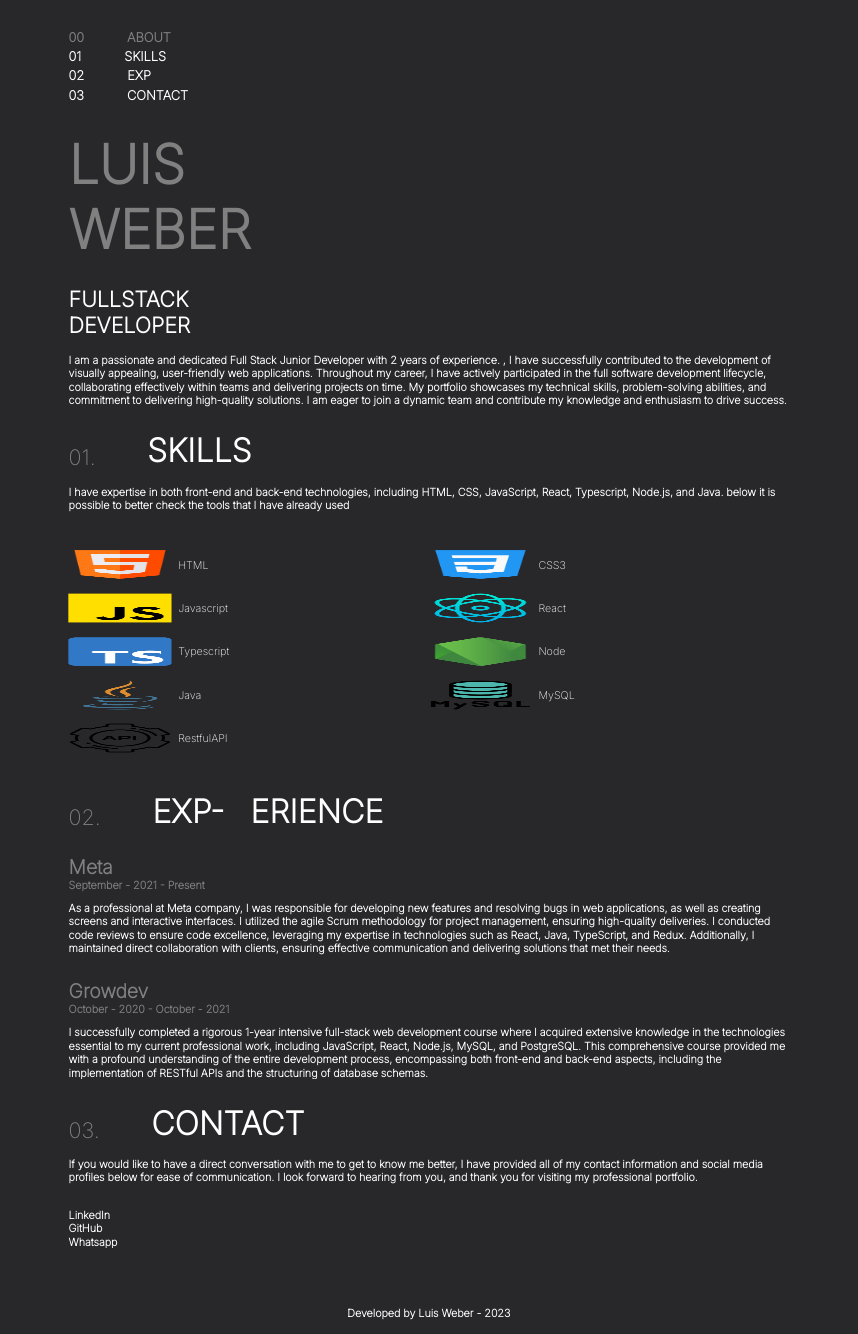
Repository: luiswh1/Portfolio
Page: /
An editor plug-in stored every save of this project. The page is shown before and after the next save, followed by the edit.
The browser window is 1280 px wide. The pictures show the whole page, at 67% of full size.
The project was rebuilt for these pictures with package versions that can differ from the ones it lists, and the page was loaded fresh each time.

Above is the page before, as saved 2023-06-12 20:49:23.

After the next save:
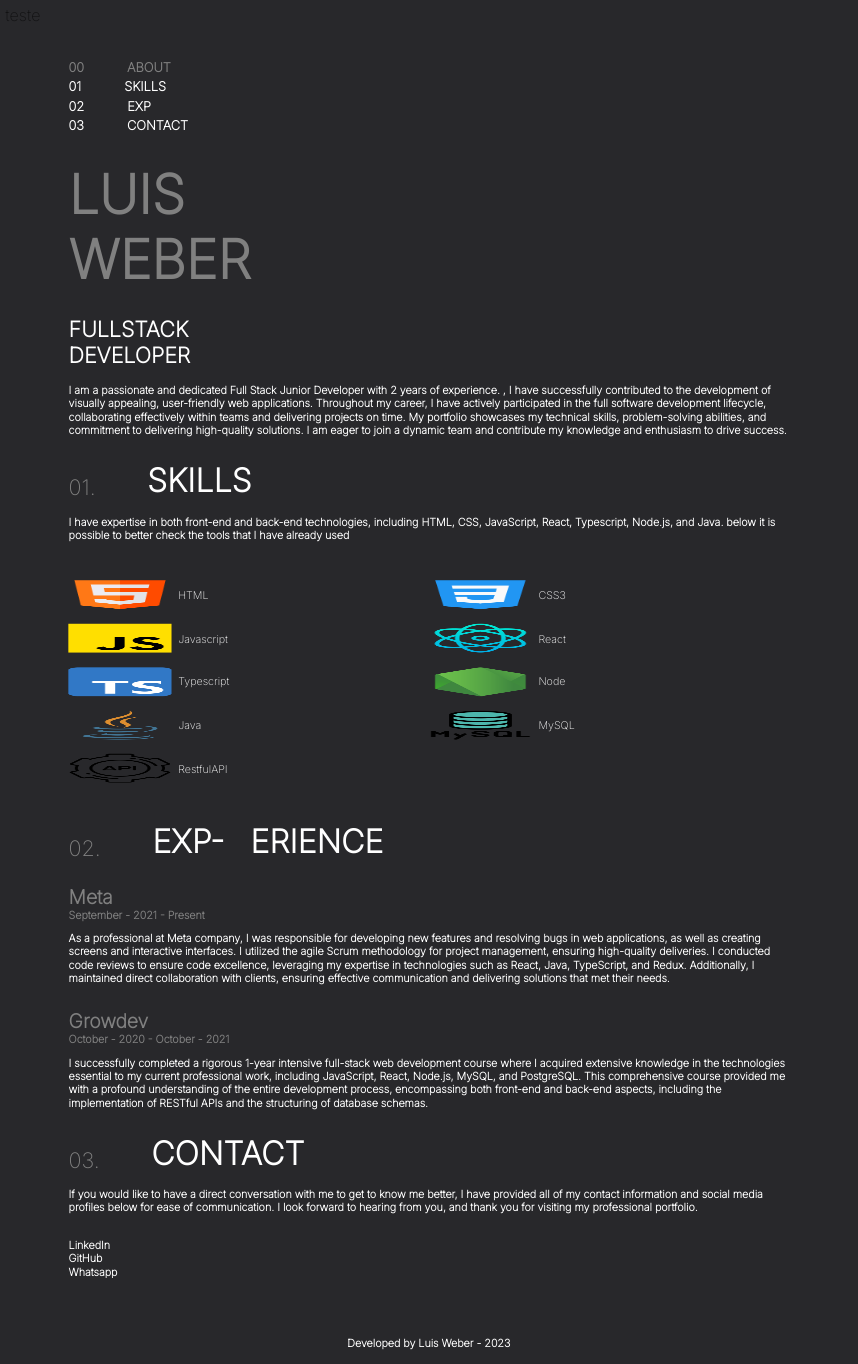
Saved 54 s later.
--- a/src/Pages/Home.tsx
+++ b/src/Pages/Home.tsx
@@ -21,10 +21,12 @@
 } from "./HomeStyles";
 import IndexList from "../Components/IndexList/IndexList";
 import { Fade } from "react-awesome-reveal";
+import ScrollUpButton from "../Components/ScrollUpButton/ScrollUpButton";
 
 const Home = () => {
   return (
     <Container>
+      <ScrollUpButton/>
       <InnerContainer>
         <Fade direction="down" triggerOnce>
           <IndexList />

After the 3 saves that followed:
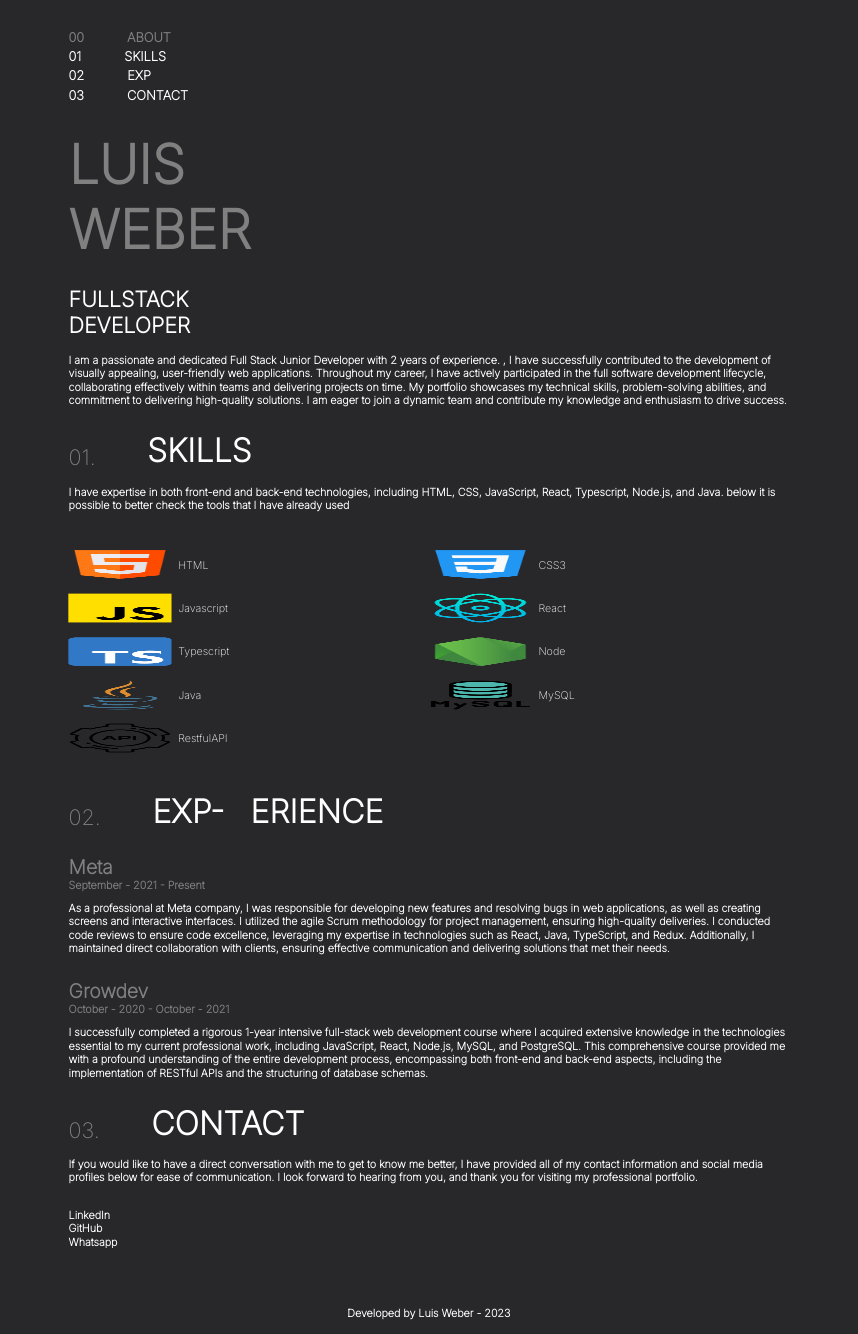
The 3 saves are shown as one change because 1 did not build or start and 1 left the picture as it was.
The last was saved 3 min 42 s later.
--- a/src/Pages/Home.tsx
+++ b/src/Pages/Home.tsx
@@ -26,7 +26,7 @@
 const Home = () => {
   return (
     <Container>
-      <ScrollUpButton/>
+      <ScrollUpButton showBelow={ 250 }/>
       <InnerContainer>
         <Fade direction="down" triggerOnce>
           <IndexList />
--- a/src/Components/ScrollUpButton/ScrollUpButton.tsx
+++ b/src/Components/ScrollUpButton/ScrollUpButton.tsx
@@ -1,18 +1,18 @@
 import { IconButton } from "@mui/material";
 import { useCallback, useEffect, useState } from "react";
 
-const ScrollUpButton = (props: {showBelow: number}) => {
-    const { showBelow } = props
+const ScrollUpButton = (props: { showBelow: number }) => {
+  const { showBelow } = props;
 
-    const [show, setShow] = useState(showBelow ? true : false)
+  const [show, setShow] = useState(showBelow ? true : false);
 
-    const handleScroll = useCallback(() => {
-        if (window.scrollY > showBelow) {
-            if (!show) setShow(true)
-        } else {
-            if(show) setShow(false)
-        }
-    }, [showBelow, show])
+  const handleScroll = useCallback(() => {
+    if (window.scrollY > showBelow) {
+      if (!show) setShow(true);
+    } else {
+      if (show) setShow(false);
+    }
+  }, [showBelow, show]);
 
   const handleClick = useCallback(() => {
     window[`scrollTo`]({ top: 0, behavior: "smooth" });
@@ -20,15 +20,18 @@ const ScrollUpButton = (props: {showBelow: number}) => {
 
   useEffect(() => {
     if (showBelow) {
-        window.addEventListener('scroll', handleScroll)
-        return () => window.removeEventListener('scroll', handleScroll)
+      window.addEventListener("scroll", handleScroll);
+      return () => window.removeEventListener("scroll", handleScroll);
     }
-  })
+  });
 
   return (
     <div>
-      <IconButton onClick={handleClick}>teste</IconButton>
-    </div>
+        {show &&
+         <IconButton onClick={handleClick}>
+            teste
+            </IconButton>}
+        </div>
   );
 };
 
